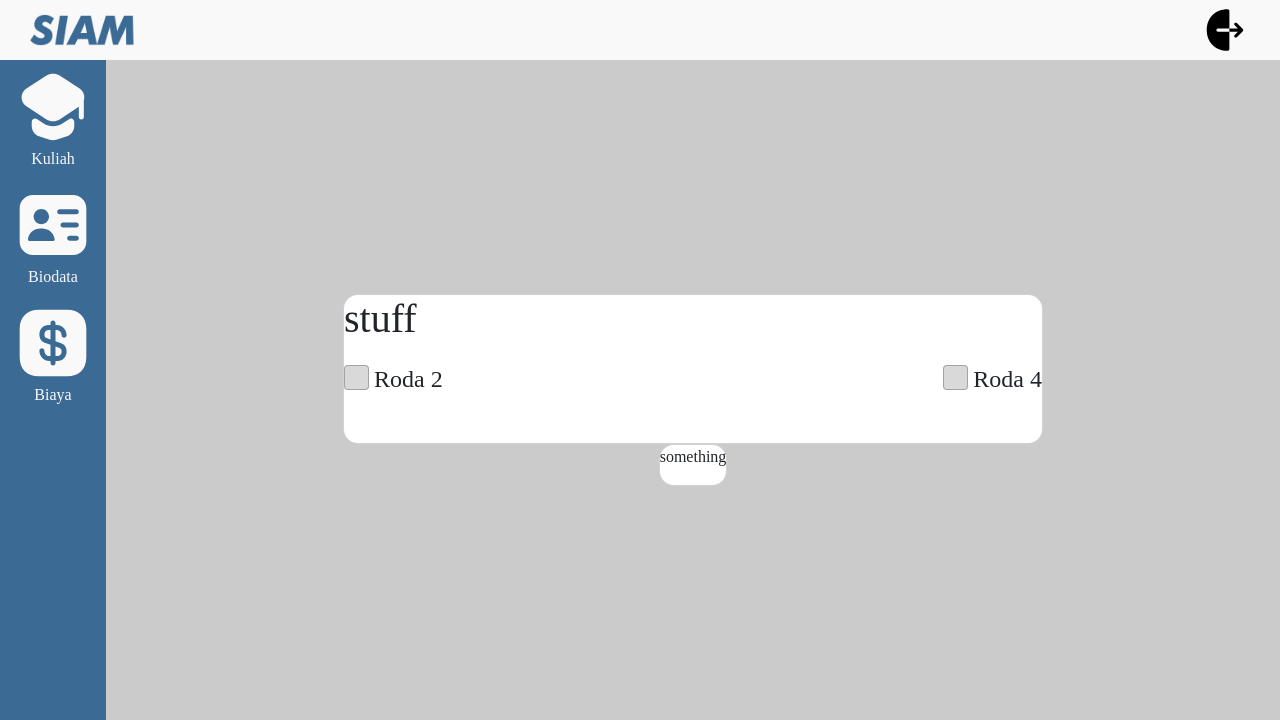
Repository: haikalirf/Project-IMK
Page: parkir.html
The author's editor kept a copy of each file at every save. The page is drawn from the files as they stood at one save, then again after the next save.
The browser window is 1280 px wide. The pictures show the whole page.
Some web fonts or font styles are not loaded; a fallback is used.

Above is the page before, as saved 2022-12-12 22:34:01.

After the next save:
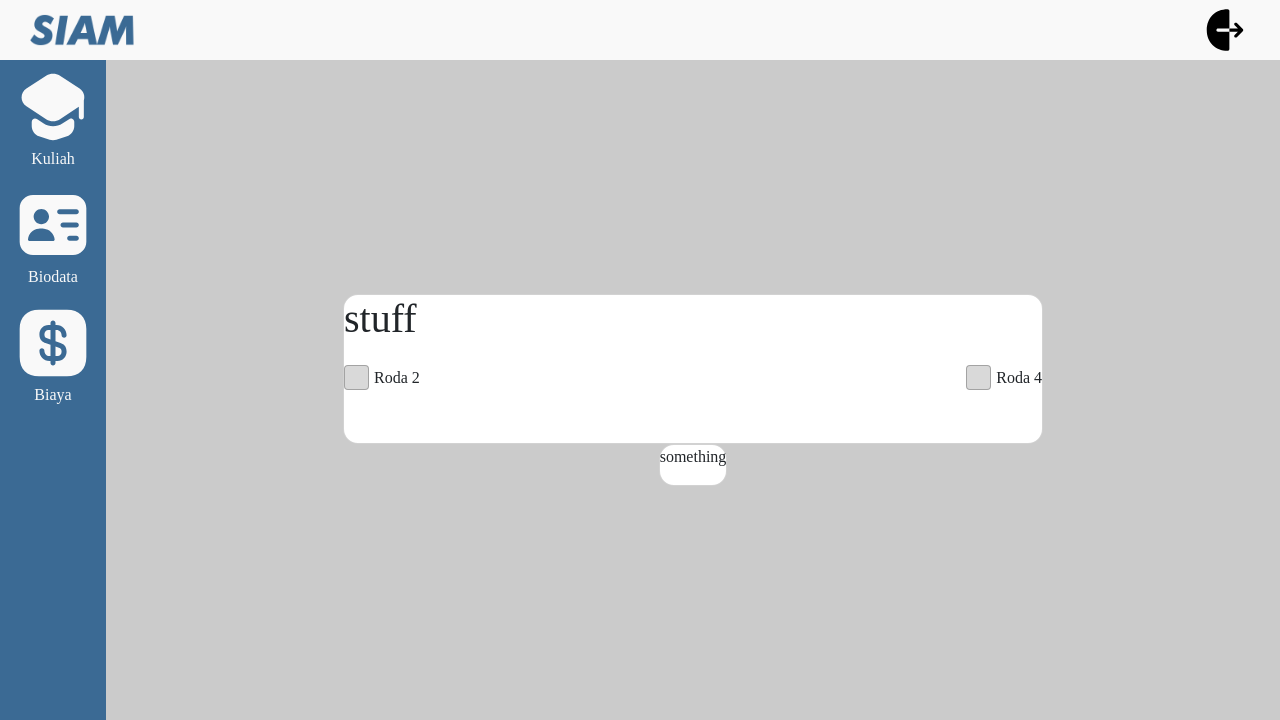
Saved 27 s later.
--- a/styles/parkir.css
+++ b/styles/parkir.css
@@ -109,6 +109,6 @@ a img, a label {
 }
 
 .label-roda {
-	font-size: 1.5em;
 	margin-left: 5px;
+	padding-top: 5px;
 }
